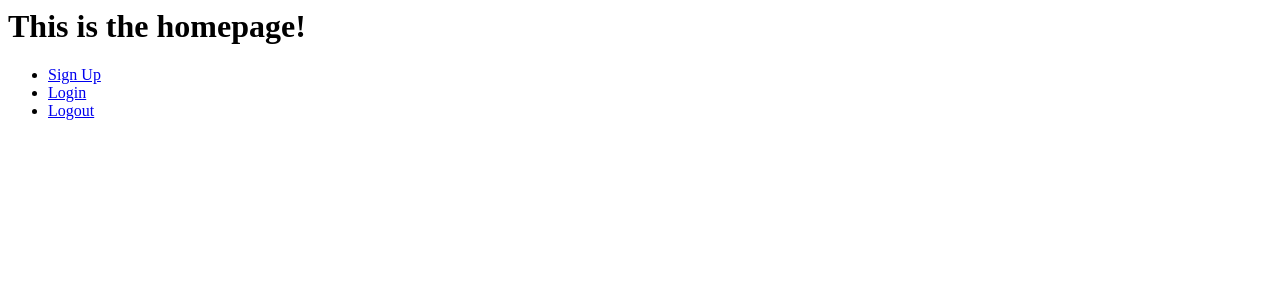
Repository: Puritanic/node_projects
Page: http://localhost/
The author's editor kept a record of every edit. The page is drawn from the files as they stood at one moment, then again after the next edit.
The browser window is 1280 px wide. The pictures show the whole page.
The page is served by the project's Node server (Authentication/AuthDemo/app.js).

Above is the page before.

After the next edit:
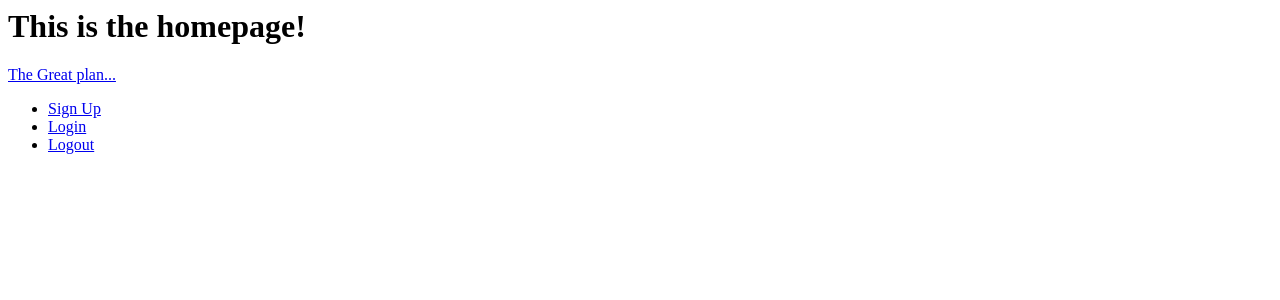
The edit:
--- a/Authentication/AuthDemo/views/home.ejs
+++ b/Authentication/AuthDemo/views/home.ejs
@@ -1,5 +1,7 @@
 
 <h1>This is the homepage!</h1>
+
+<a href="/secret">The Great plan...</a>
 
 <ul>
     <li><a href="/register">Sign Up</a></li>
